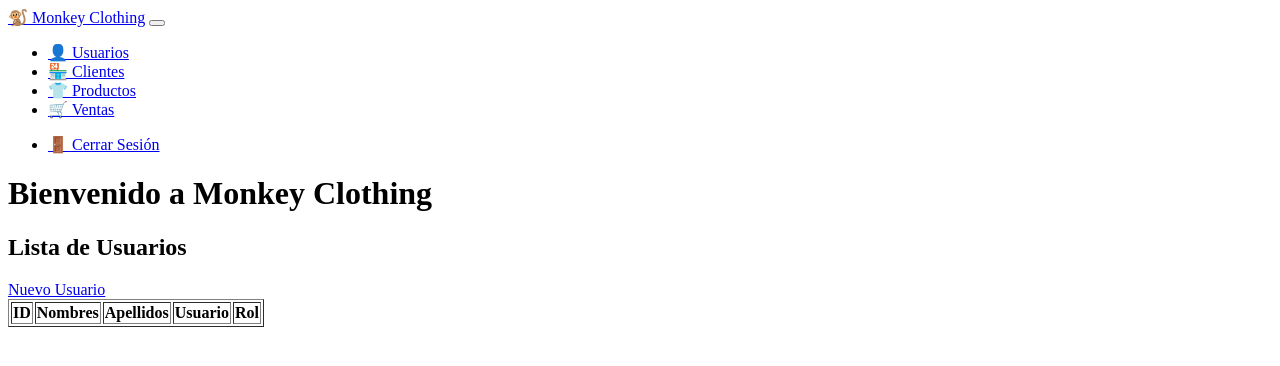
Repository: ZjhonzGz/MonkeyClothing
Page: http://localhost/usuario/index
These files come from the project's save history. The page is drawn as it stood at one moment and after the next save; the edit follows.
The browser window is 1280 px wide. The pictures show the whole page.
The page is this project's Thymeleaf template; nobody is signed in. The template is opened directly, without the code that normally fills it, so the values that code supplies are empty.

Above is the page before, as saved 2026-02-21 00:29:19.

### Monkey Clothing/monkeyclothing/src/main/resources/templates/usuario/index.html
<!DOCTYPE html>
<html xmlns:th="http://www.thymeleaf.org">
<head>
    <title>Monkey Clothing - Usuarios</title>
</head>
<body>

<nav th:replace="~{componentes/navbar :: navbar}"></nav>

<h1>Bienvenido a Monkey Clothing</h1>
<h2>Lista de Usuarios</h2>

<a href="/usuario/new">Nuevo Usuario</a>

<table border="1">
    <thead>
        <tr>
            <th>ID</th>
            <th>Nombres</th>
            <th>Apellidos</th>
            <th>Usuario</th>
            <th>Rol</th>
        </tr>
    </thead>
    <tbody>
        <tr th:each="u : ${usuarios}">
            <td th:text="${u.id}"></td>
            <td th:text="${u.nombres}"></td>
            <td th:text="${u.apellidos}"></td>
            <td th:text="${u.usuario}"></td>
            <td th:text="${u.rol.descripcion}"></td>
        </tr>
    </tbody>
</table>

</body>
</html>

### Monkey Clothing/monkeyclothing/src/main/resources/templates/componentes/navbar.html
<!DOCTYPE html>
<html xmlns:th="http://www.thymeleaf.org">
<body>
<nav th:fragment="navbar" class="navbar navbar-expand-md bg-dark navbar-dark">
    <a class="navbar-brand" href="#">🐒 Monkey Clothing</a>
    <button class="navbar-toggler" type="button"
            data-toggle="collapse" data-target="#navbarMenu">
        <span class="navbar-toggler-icon"></span>
    </button>
    <div class="collapse navbar-collapse" id="navbarMenu">
        <ul class="navbar-nav">
            <li class="nav-item">
                <a class="nav-link" th:href="@{/usuario}">👤 Usuarios</a>
            </li>
            <li class="nav-item">
                <a class="nav-link" th:href="@{/cliente}">🏪 Clientes</a>
            </li>
            <li class="nav-item">
                <a class="nav-link" th:href="@{/productos}">👕 Productos</a>
            </li>
            <li class="nav-item">
                <a class="nav-link" th:href="@{/venta}">🛒 Ventas</a>
            </li>
        </ul>
        <ul class="navbar-nav ml-auto">
            <li class="nav-item">
                <a class="nav-link" th:href="@{/}">🚪 Cerrar Sesión</a>
            </li>
        </ul>
    </div>
</nav>

<script src="https://code.jquery.com/jquery-3.2.1.slim.min.js"></script>
<script src="https://cdnjs.cloudflare.com/ajax/libs/popper.js/1.12.9/umd/popper.min.js"></script>
<script src="https://maxcdn.bootstrapcdn.com/bootstrap/4.0.0/js/bootstrap.min.js"></script>
</body>
</html>

After the next save:
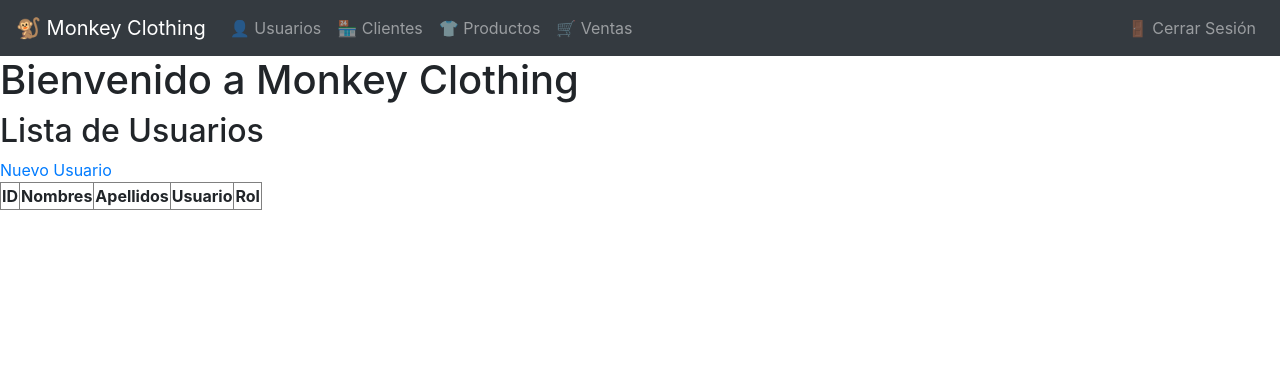
Saved 2 min 59 s later.
--- a/Monkey Clothing/monkeyclothing/src/main/resources/templates/usuario/index.html
+++ b/Monkey Clothing/monkeyclothing/src/main/resources/templates/usuario/index.html
@@ -2,6 +2,8 @@
 <html xmlns:th="http://www.thymeleaf.org">
 <head>
     <title>Monkey Clothing - Usuarios</title>
+	<link rel="stylesheet"
+	        href="https://maxcdn.bootstrapcdn.com/bootstrap/4.0.0/css/bootstrap.min.css">
 </head>
 <body>
 
